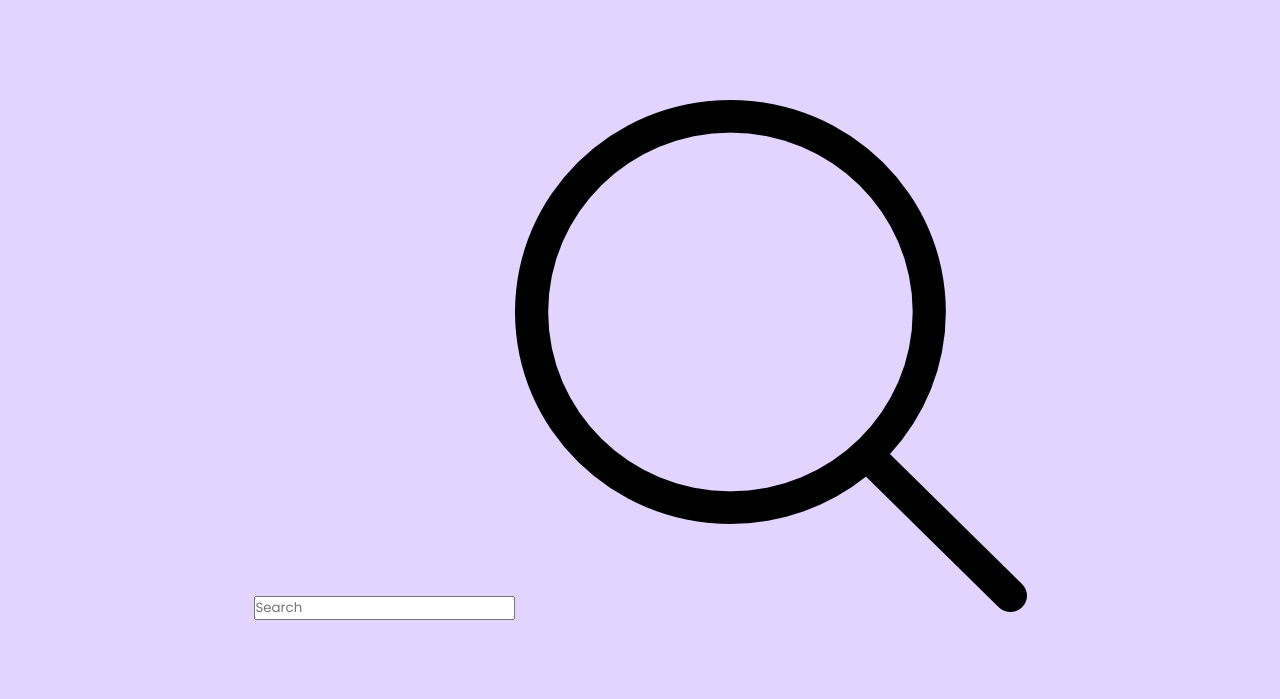
Repository: wakoya-tech/wheather-app
Page: /
An editor plug-in stored every save of this project. The page is shown before and after the next save, followed by the edit.
The browser window is 1280 px wide. The pictures show the whole page.
Some web fonts or font styles are not loaded; a fallback is used. The project was rebuilt for these pictures with package versions that can differ from the ones it lists, and the page was loaded fresh each time. Also part of the build but not shown: vite.config.js, src/App.css.

Above is the page before, as saved 2025-10-17 23:28:15.

### index.html
<!DOCTYPE html>
<html lang="en">
  <head>
    <meta charset="UTF-8" />
    <link rel="icon" type="image/svg+xml" href="/vite.svg" />
    <meta name="viewport" content="width=device-width, initial-scale=1.0" />
    <title>Weather App - wakoCode</title>
  </head>
  <body>
    <div id="root"></div>
    <script type="module" src="/src/main.jsx"></script>
  </body>
</html>

### src/App.jsx
import { useState } from 'react'
import Weather from './Components/Weather'
import './App.css'

function App() {
 return(
 <div className='App'>

<Weather/>

 </div>

 )

}

export default App

### src/index.css
@import url('https://fonts.googleapis.com/css2?family=Lato&family=Poppins:ital,wght@0,100;0,200;0,300;0,400;0,500;0,600;0,700;0,800;0,900;1,100;1,200;1,300;1,400;1,500;1,600;1,700;1,800;1,900&family=WDXL+Lubrifont+SC&display=swap');

*{
    margin: 0;
    padding: 0;
    box-sizing: border-box;
    font-family: "poppins",sans-serif;
}
.App {
    min-height: 100vh;
    display: grid;
    background: #e2d4ff;
}

### src/Components/Weather.jsx
import React from 'react';
import './Weather.css';
import search_icon from '../assets/Search.png';

function Weather() {
  return (
    <div className='weather'>
      <div className="search-bar">
        <input type="text" placeholder='Search' />
        <img src={search_icon} alt="Search" />
      </div>
    </div>
  );
}

export default Weather;

### src/Components/Weather.css
.weather{
place-self: center;
padding: 40px;
border-radius: 10px;
}

Loaded but not shown: src/main.jsx (common file)

After the next save:
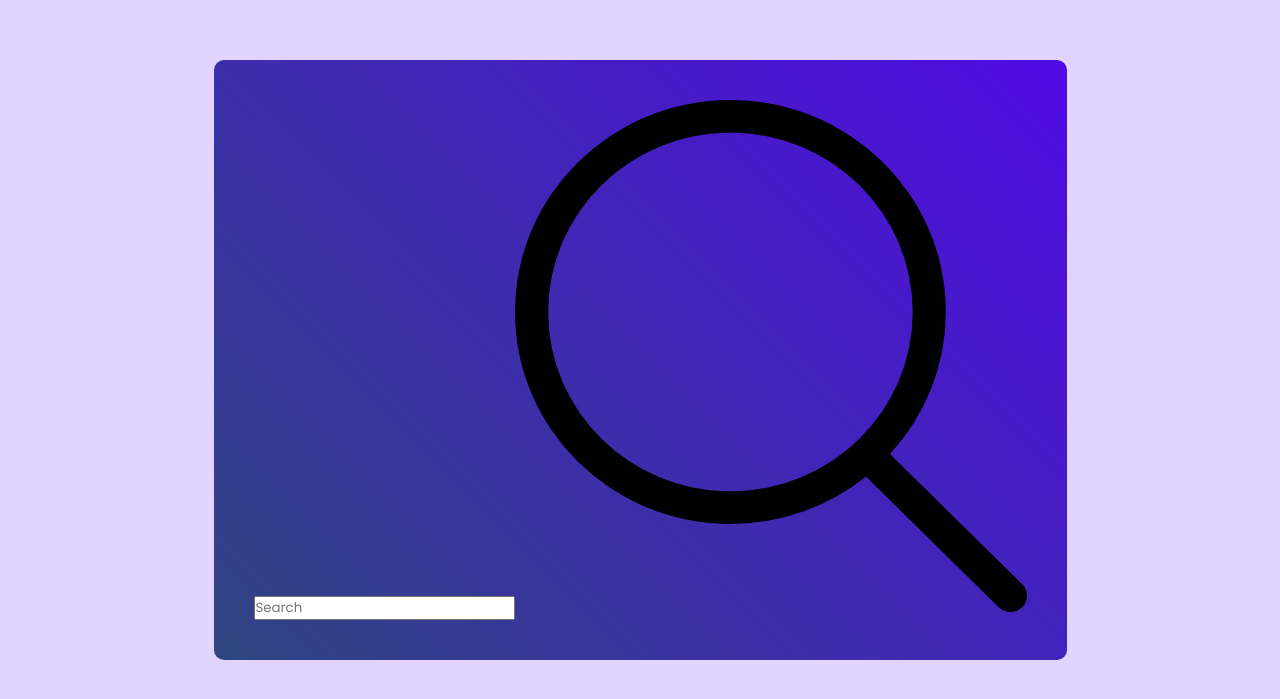
Saved 58 s later.
--- a/src/Components/Weather.css
+++ b/src/Components/Weather.css
@@ -2,4 +2,5 @@
 place-self: center;
 padding: 40px;
 border-radius: 10px;
+background-image: linear-gradient(45deg,#2f4680,#500ae4);
 }
